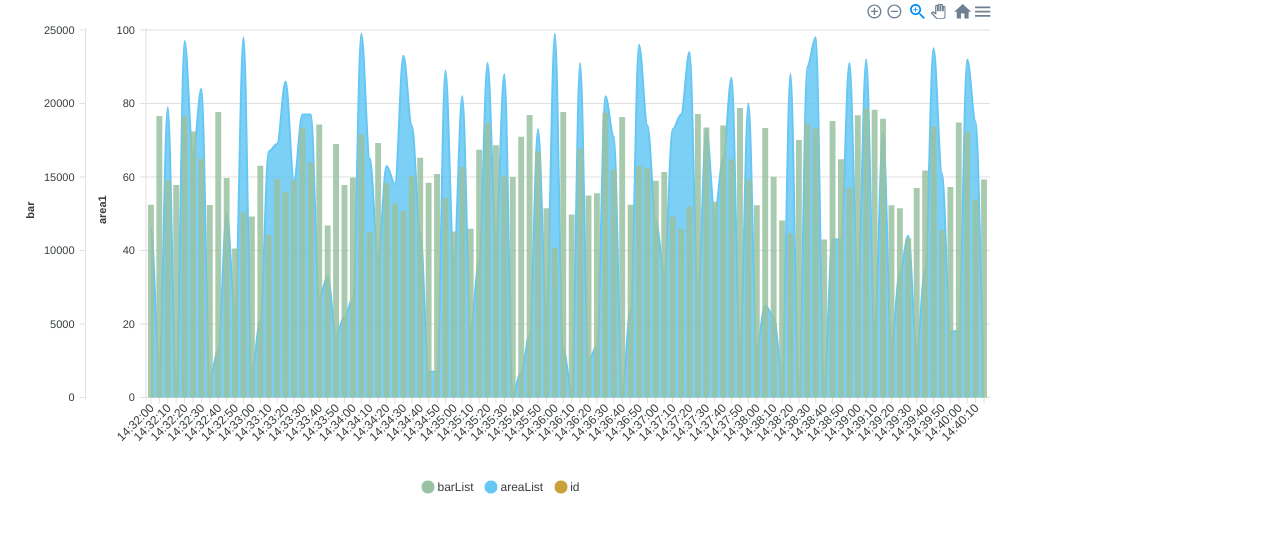
Repository: wanted-pre-onboarding-internship-1team/pre-onboarding-9th-3-1
Page: /
The author's editor kept a copy of each file at every save. The page is drawn from the files as they stood at one save, then again after the next save.
The browser window is 1280 px wide. The pictures show the whole page.
The project was rebuilt for these pictures with package versions that can differ from the ones it lists, and the page was loaded fresh each time.

Above is the page before, as saved 2023-03-15 00:29:33.

### public/index.html
<!DOCTYPE html>
<html lang="en">
  <head>
    <meta charset="utf-8" />
    <link rel="icon" href="%PUBLIC_URL%/favicon.ico" />
    <meta name="viewport" content="width=device-width, initial-scale=1" />
    <meta name="theme-color" content="#000000" />

    <title>React App</title>
  </head>

  <body>
    <div id="root"></div>
  </body>
</html>

### src/index.tsx
import App from './App';
import './index.css';
import React from 'react';
import ReactDOM from 'react-dom/client';
import { BrowserRouter } from 'react-router-dom';

const root = ReactDOM.createRoot(
  document.getElementById('root') as HTMLElement
);
root.render(
  <BrowserRouter>
    <App />
  </BrowserRouter>
);

### src/App.tsx
import Router from './router/router';
import { createGlobalStyle } from 'styled-components';
import reset from 'styled-reset';

const GlobalStyle = createGlobalStyle`
  ${reset}
`;

function App() {
  return (
    <>
      <GlobalStyle />
      <Router />
    </>
  );
}

export default App;

### src/router/router.tsx
import Mainpage from '../pages/Mainpage';
import React from 'react';
import { Route, Routes } from 'react-router-dom';

export default function router() {
  return (
    <Routes>
      <Route path='/' element={<Mainpage />} />
    </Routes>
  );
}

### src/pages/Mainpage.tsx
import { api } from '../apis';
import { GetMockResponse } from '../apis/types/mock';
import useMockList from '../hooks/useMockList';
import axios from 'axios';
import React, { useEffect, useState } from 'react';
import ApexCharts from 'react-apexcharts';

export default function Mainpage() {
  const test = useMockList();
  console.log(test);
  return (
    <div>
      {/* <ApexCharts
        type='line'
        height='500'
        width='500'
        series={[
          {
            name: 'Column A',
            type: 'column',
            data: [21.1, 23, 33.1, 34, 44.1, 44.9, 56.5, 58.5],
          },
          {
            name: 'Column B',
            type: 'column',
            data: [10, 19, 27, 26, 34, 35, 40, 38],
          },
          {
            name: 'Line C',
            type: 'line',
            data: [1.4, 2, 2.5, 1.5, 2.5, 2.8, 3.8, 4.6],
          },
        ]}
        options={{
          theme: {
            mode: 'dark',
          },
          chart: {
            toolbar: {
              show: false,
            },
          },
          grid: { show: false },
          stroke: {
            curve: 'smooth',
            width: 5,
          },
          xaxis: {
            categories: [2009, 2010, 2011, 2012, 2013, 2014, 2015, 2016],
          },
          yaxis: [
            {
              seriesName: 'Column A',
              axisTicks: {
                show: true,
              },
              axisBorder: {
                show: true,
              },
              title: {
                text: 'Columns',
              },
            },
            {
              seriesName: 'Column A',
              show: false,
            },
            {
              opposite: true,
              seriesName: 'Line C',
              axisTicks: {
                show: true,
              },
              axisBorder: {
                show: true,
              },
              title: {
                text: 'Line',
              },
            },
          ],
          colors: ['#99C2A2', '#C5EDAC', '#66C7F4'],
          legend: {
            horizontalAlign: 'left',
            offsetX: 40,
          },
        }}
      /> */}
      <ApexCharts
        height='500'
        width='1000'
        series={[
          {
            name: 'barList',
            type: 'column',
            data: test.barValueList,
          },
          {
            name: 'areaList',
            type: 'area',
            data: test.areaValueList,
          },
          {
            name: 'id',
            type: 'none',
            data: test.areaValueList,
          },
        ]}
        options={{
          stroke: {
            width: [0, 2, 5],
            curve: 'smooth',
          },
          dataLabels: {
            enabled: false,
          },
          yaxis: [
            {
              seriesName: 'areaList',
              axisTicks: {
                show: true,
              },
              axisBorder: {
                show: true,
              },
              title: {
                text: 'area1',
              },
            },
            {
              seriesName: 'barList',
              axisTicks: {
                show: true,
              },
              axisBorder: {
                show: true,
              },
              title: {
                text: 'bar',
              },
            },
          ],
          xaxis: {
            categories: test.timeList,
          },
          colors: ['#99C2A2', '#66C7F4', '#caa137'],
        }}
      />
    </div>
  );
}

{
  /* <div>
<ApexCharts
  height='500'
  width='1000'
  series={[
    {
      name: 'TEAM A',
      type: 'column',
      data: test.areaValueList,
    },
  ]}
  options={{
    grid: {
      row: {
        colors: ['#f3f3f3', 'transparent'],
        opacity: 0.5,
      },
    },
    stroke: {
      width: [0, 2, 5],
      curve: 'smooth',
    },

    xaxis: {
      categories: test.timeList,
    },
    colors: ['red', 'blue'],
  }}
/>
</div> */
}

### src/hooks/useMockList.ts
import { api } from '../apis';
import { GetMockResponse } from '../apis/types/mock';
import { useEffect, useState } from 'react';

export default function useMockList() {
  const [originData, setOriginData] = useState<GetMockResponse['response']>();

  const dateList = originData ? Object.keys(originData) : [];

  const timeList = originData
    ? Object.keys(originData).map(time => time.split(' ')[1])
    : [];

  const idList = originData
    ? Object.entries(originData).map(entry => entry[1].id)
    : [];

  const barValueList = originData
    ? Object.entries(originData).map(entry => entry[1].value_bar)
    : [];

  const areaValueList = originData
    ? Object.entries(originData).map(entry => entry[1].value_area)
    : [];

  useEffect(() => {
    api.mock.getMockDatas().then(res => {
      const { data } = res;
      setOriginData(data.response);
    });
  }, []);

  return { timeList, dateList, idList, barValueList, areaValueList };
}

### src/apis/index.ts
import { instance } from './instance';
import MockService from './mockService';

const mockService = new MockService(instance);

export const api = { mock: mockService };

### src/apis/instance.ts
import axios, { AxiosInstance, AxiosRequestConfig, AxiosResponse } from 'axios';

interface CustomInstance extends AxiosInstance {
  get<T = unknown, R = AxiosResponse<T>, D = unknown>(
    url: string,
    config?: AxiosRequestConfig<D>
  ): Promise<R>;
}

const instance: CustomInstance = axios.create({
  baseURL: '/',
});

export { instance };

### src/apis/mockService.ts
import { instance } from './instance';
import { GetMockResponse } from './types/mock';

export default class MockService {
  constructor(private api: typeof instance) {}
  getMockDatas = async () => this.api.get<GetMockResponse>('data/mock.json');
}

### public/data/mock.json
{
  "type": "Flexsys Mock API",
  "version": 1.0,
  "response": {
    "2023-02-01 14:32:00": {
      "id": "성북구",
      "value_area": 46,
      "value_bar": 13111
    },
    "2023-02-01 14:32:05": {
      "id": "강남구",
      "value_area": 9,
      "value_bar": 19143
    },
    "2023-02-01 14:32:10": {
      "id": "노원구",
      "value_area": 79,
      "value_bar": 14798
    },
    "2023-02-01 14:32:15": {
      "id": "중랑구",
      "value_area": 4,
      "value_bar": 14456
    },
    "2023-02-01 14:32:20": {
      "id": "노원구",
      "value_area": 97,
      "value_bar": 19116
    },
    "2023-02-01 14:32:25": {
      "id": "성북구",
      "value_area": 66,
      "value_bar": 18098
    },
    "2023-02-01 14:32:30": {
      "id": "중랑구",
      "value_area": 84,
      "value_bar": 16243
    },
    "2023-02-01 14:32:35": {
      "id": "강남구",
      "value_area": 5,
      "value_bar": 13100
    },
    "2023-02-01 14:32:40": {
      "id": "성북구",
      "value_area": 13,
      "value_bar": 19429
    },
    "2023-02-01 14:32:45": {
      "id": "노원구",
      "value_area": 50,
      "value_bar": 14923
    },
    "2023-02-01 14:32:50": {
      "id": "강남구",
      "value_area": 24,
      "value_bar": 10127
    },
    "2023-02-01 14:32:55": {
      "id": "강남구",
      "value_area": 98,
      "value_bar": 12583
    },
    "2023-02-01 14:33:00": {
      "id": "중랑구",
      "value_area": 7,
      "value_bar": 12310
    },
    "2023-02-01 14:33:05": {
      "id": "중랑구",
      "value_area": 21,
      "value_bar": 15764
    },
    "2023-02-01 14:33:10": {
      "id": "강남구",
      "value_area": 67,
      "value_bar": 11060
    },
    "2023-02-01 14:33:15": {
      "id": "강남구",
      "value_area": 69,
      "value_bar": 14857
    },
    "2023-02-01 14:33:20": {
      "id": "노원구",
      "value_area": 86,
      "value_bar": 13995
    },
    "2023-02-01 14:33:25": {
      "id": "중랑구",
      "value_area": 59,
      "value_bar": 14773
    },
    "2023-02-01 14:33:30": {
      "id": "노원구",
      "value_area": 77,
      "value_bar": 18347
    },
    "2023-02-01 14:33:35": {
      "id": "성북구",
      "value_area": 77,
      "value_bar": 15970
    },
    "2023-02-01 14:33:40": {
      "id": "성북구",
      "value_area": 27,
      "value_bar": 18577
    },
    "2023-02-01 14:33:45": {
      "id": "성북구",
      "value_area": 33,
      "value_bar": 11704
    },
    "2023-02-01 14:33:50": {
      "id": "성북구",
      "value_area": 17,
      "value_bar": 17241
    },
    "2023-02-01 14:33:55": {
      "id": "노원구",
      "value_area": 22,
      "value_bar": 14450
    },
    "2023-02-01 14:34:00": {
      "id": "중랑구",
      "value_area": 27,
      "value_bar": 14970
    },
    "2023-02-01 14:34:05": {
      "id": "중랑구",
      "value_area": 99,
      "value_bar": 17906
    },
    "2023-02-01 14:34:10": {
      "id": "강남구",
      "value_area": 65,
      "value_bar": 11233
    },
    "2023-02-01 14:34:15": {
      "id": "노원구",
      "value_area": 38,
      "value_bar": 17306
    },
    "2023-02-01 14:34:20": {
      "id": "성북구",
      "value_area": 63,
      "value_bar": 14577
    },
    "2023-02-01 14:34:25": {
      "id": "중랑구",
      "value_area": 58,
      "value_bar": 13199
    },
    "2023-02-01 14:34:30": {
      "id": "중랑구",
      "value_area": 93,
      "value_bar": 12707
    },
    "2023-02-01 14:34:35": {
      "id": "강남구",
      "value_area": 74,
      "value_bar": 15064
    },
    "2023-02-01 14:34:40": {
      "id": "강남구",
      "value_area": 45,
      "value_bar": 16300
    },
    "2023-02-01 14:34:45": {
      "id": "성북구",
      "value_area": 7,
      "value_bar": 14605
    },
    "2023-02-01 14:34:50": {
      "id": "노원구",
      "value_area": 7,
      "value_bar": 15210
    },
    "2023-02-01 14:34:55": {
      "id": "성북구",
      "value_area": 89,
      "value_bar": 13578
    },
    "2023-02-01 14:35:00": {
      "id": "중랑구",
      "value_area": 37,
      "value_bar": 11298
    },
    "2023-02-01 14:35:05": {
      "id": "노원구",
      "value_area": 82,
      "value_bar": 15686
    },
    "2023-02-01 14:35:10": {
      "id": "중랑구",
      "value_area": 19,
      "value_bar": 11485
    },
    "2023-02-01 14:35:15": {
      "id": "성북구",
      "value_area": 37,
      "value_bar": 16848
    },
    "2023-02-01 14:35:20": {
      "id": "성북구",
      "value_area": 91,
      "value_bar": 18670
    },
    "2023-02-01 14:35:25": {
      "id": "강남구",
      "value_area": 44,
      "value_bar": 17165
    },
    "2023-02-01 14:35:30": {
      "id": "성북구",
      "value_area": 88,
      "value_bar": 15053
    },
    "2023-02-01 14:35:35": {
      "id": "성북구",
      "value_area": 1,
      "value_bar": 14998
    },
    "2023-02-01 14:35:40": {
      "id": "강남구",
      "value_area": 7,
      "value_bar": 17739
    },
    "2023-02-01 14:35:45": {
      "id": "중랑구",
      "value_area": 17,
      "value_bar": 19212
    },
    "2023-02-01 14:35:50": {
      "id": "노원구",
      "value_area": 73,
      "value_bar": 16757
    },
    "2023-02-01 14:35:55": {
      "id": "노원구",
      "value_area": 24,
      "value_bar": 12864
    },
    "2023-02-01 14:36:00": {
      "id": "노원구",
      "value_area": 99,
      "value_bar": 10178
    },
    "2023-02-01 14:36:05": {
      "id": "성북구",
      "value_area": 13,
      "value_bar": 19425
    },
    "2023-02-01 14:36:10": {
      "id": "강남구",
      "value_area": 2,
      "value_bar": 12455
    },
    "2023-02-01 14:36:15": {
      "id": "노원구",
      "value_area": 91,
      "value_bar": 16945
    },
    "2023-02-01 14:36:20": {
      "id": "성북구",
      "value_area": 10,
      "value_bar": 13734
    },
    "2023-02-01 14:36:25": {
      "id": "성북구",
      "value_area": 14,
      "value_bar": 13894
    },
    "2023-02-01 14:36:30": {
      "id": "중랑구",
      "value_area": 82,
      "value_bar": 19367
    },
    "2023-02-01 14:36:35": {
      "id": "중랑구",
      "value_area": 71,
      "value_bar": 15492
    },
    "2023-02-01 14:36:40": {
      "id": "강남구",
      "value_area": 2,
      "value_bar": 19082
    },
    "2023-02-01 14:36:45": {
      "id": "노원구",
      "value_area": 24,
      "value_bar": 13117
    },
    "2023-02-01 14:36:50": {
      "id": "노원구",
      "value_area": 96,
      "value_bar": 15744
    },
    "2023-02-01 14:36:55": {
      "id": "성북구",
      "value_area": 74,
      "value_bar": 15609
    },
    "2023-02-01 14:37:00": {
      "id": "노원구",
      "value_area": 48,
      "value_bar": 14747
    },
    "2023-02-01 14:37:05": {
      "id": "중랑구",
      "value_area": 34,
      "value_bar": 15331
    },
    "2023-02-01 14:37:10": {
      "id": "노원구",
      "value_area": 73,
      "value_bar": 12292
    },
    "2023-02-01 14:37:15": {
      "id": "강남구",
      "value_area": 77,
      "value_bar": 11454
    },
    "2023-02-01 14:37:20": {
      "id": "강남구",
      "value_area": 94,
      "value_bar": 12972
    },
    "2023-02-01 14:37:25": {
      "id": "성북구",
      "value_area": 29,
      "value_bar": 19279
    },
    "2023-02-01 14:37:30": {
      "id": "노원구",
      "value_area": 73,
      "value_bar": 18371
    },
    "2023-02-01 14:37:35": {
      "id": "노원구",
      "value_area": 50,
      "value_bar": 13317
    },
    "2023-02-01 14:37:40": {
      "id": "강남구",
      "value_area": 65,
      "value_bar": 18504
    },
    "2023-02-01 14:37:45": {
      "id": "성북구",
      "value_area": 87,
      "value_bar": 16196
    },
    "2023-02-01 14:37:50": {
      "id": "강남구",
      "value_area": 14,
      "value_bar": 19701
    },
    "2023-02-01 14:37:55": {
      "id": "중랑구",
      "value_area": 80,
      "value_bar": 14836
    },
    "2023-02-01 14:38:00": {
      "id": "노원구",
      "value_area": 14,
      "value_bar": 13074
    },
    "2023-02-01 14:38:05": {
      "id": "성북구",
      "value_area": 25,
      "value_bar": 18335
    },
    "2023-02-01 14:38:10": {
      "id": "중랑구",
      "value_area": 22,
      "value_bar": 15022
    },
    "2023-02-01 14:38:15": {
      "id": "노원구",
      "value_area": 6,
      "value_bar": 12043
    },
    "2023-02-01 14:38:20": {
      "id": "중랑구",
      "value_area": 88,
      "value_bar": 11144
    },
    "2023-02-01 14:38:25": {
      "id": "강남구",
      "value_area": 1,
      "value_bar": 17518
    },
    "2023-02-01 14:38:30": {
      "id": "노원구",
      "value_area": 90,
      "value_bar": 18643
    },
    "2023-02-01 14:38:35": {
      "id": "성북구",
      "value_area": 98,
      "value_bar": 18318
    },
    "2023-02-01 14:38:40": {
      "id": "중랑구",
      "value_area": 4,
      "value_bar": 10746
    },
    "2023-02-01 14:38:45": {
      "id": "강남구",
      "value_area": 43,
      "value_bar": 18806
    },
    "2023-02-01 14:38:50": {
      "id": "중랑구",
      "value_area": 43,
      "value_bar": 16209
    },
    "2023-02-01 14:38:55": {
      "id": "강남구",
      "value_area": 91,
      "value_bar": 14273
    },
    "2023-02-01 14:39:00": {
      "id": "성북구",
      "value_area": 31,
      "value_bar": 19193
    },
    "2023-02-01 14:39:05": {
      "id": "성북구",
      "value_area": 92,
      "value_bar": 19661
    },
    "2023-02-01 14:39:10": {
      "id": "노원구",
      "value_area": 20,
      "value_bar": 19574
    },
    "2023-02-01 14:39:15": {
      "id": "중랑구",
      "value_area": 72,
      "value_bar": 18963
    },
    "2023-02-01 14:39:20": {
      "id": "강남구",
      "value_area": 15,
      "value_bar": 13083
    },
    "2023-02-01 14:39:25": {
      "id": "성북구",
      "value_area": 34,
      "value_bar": 12868
    },
    "2023-02-01 14:39:30": {
      "id": "강남구",
      "value_area": 44,
      "value_bar": 10836
    },
    "2023-02-01 14:39:35": {
      "id": "중랑구",
      "value_area": 13,
      "value_bar": 14255
    },
    "2023-02-01 14:39:40": {
      "id": "노원구",
      "value_area": 35,
      "value_bar": 15437
    },
    "2023-02-01 14:39:45": {
      "id": "중랑구",
      "value_area": 95,
      "value_bar": 18426
    },
    "2023-02-01 14:39:50": {
      "id": "강남구",
      "value_area": 61,
      "value_bar": 11387
    },
    "2023-02-01 14:39:55": {
      "id": "성북구",
      "value_area": 18,
      "value_bar": 14312
    },
    "2023-02-01 14:40:00": {
      "id": "성북구",
      "value_area": 18,
      "value_bar": 18700
    },
    "2023-02-01 14:40:05": {
      "id": "중랑구",
      "value_area": 92,
      "value_bar": 18053
    },
    "2023-02-01 14:40:10": {
      "id": "강남구",
      "value_area": 75,
      "value_bar": 13460
    },
    "2023-02-01 14:40:15": {
      "id": "성북구",
      "value_area": 15,
      "value_bar": 14829
    }
  }
}

Loaded but not shown: src/index.css (common file)

After the next save:
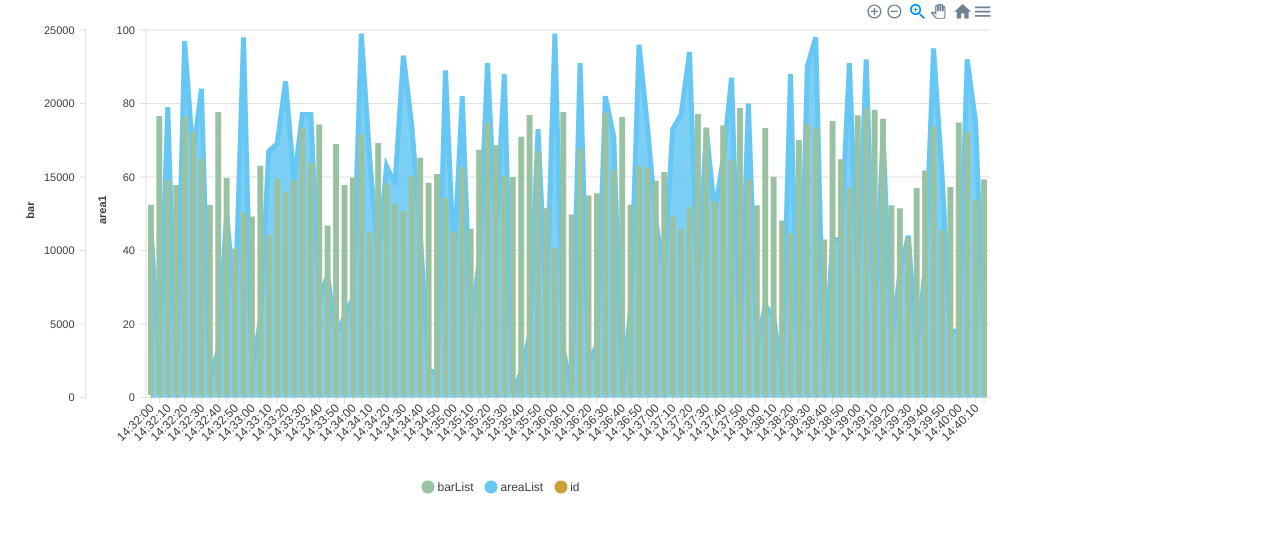
Saved 5 s later.
--- a/src/pages/Mainpage.tsx
+++ b/src/pages/Mainpage.tsx
@@ -107,10 +107,6 @@ export default function Mainpage() {
           },
         ]}
         options={{
-          stroke: {
-            width: [0, 2, 5],
-            curve: 'smooth',
-          },
           dataLabels: {
             enabled: false,
           },
